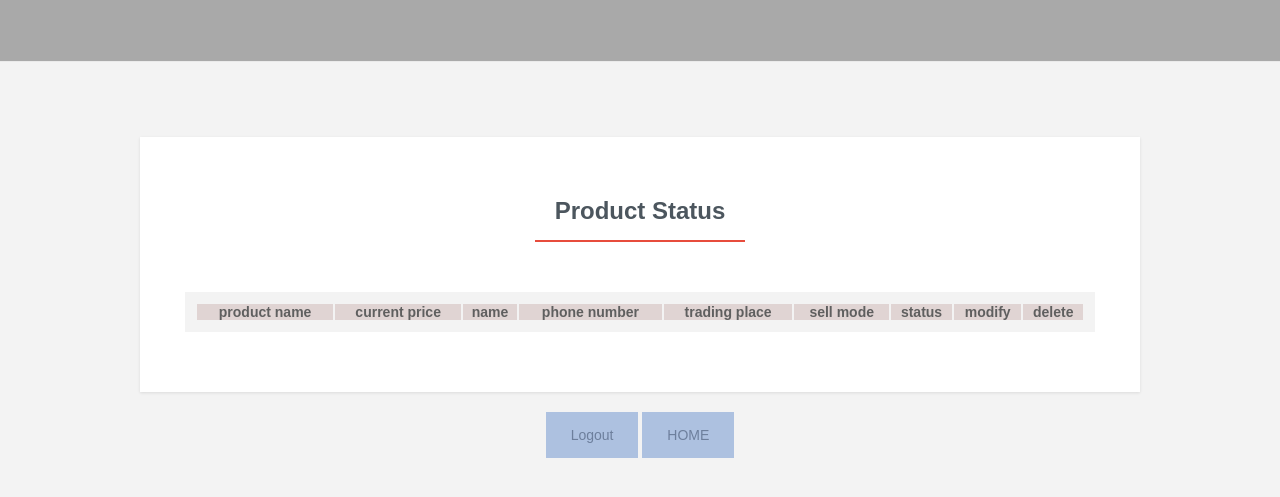
Repository: 0suh/SKKU_Web_project
Page: http://localhost/2018312257_YoungSuhChin_project/productstatus.jsp
The author's editor kept a copy of each file at every save. The page is drawn from the files as they stood at one save, then again after the next save.
The browser window is 1280 px wide. The pictures show the whole page.
The page is served by Tomcat 9. Queries for data that is not in the repository find no rows.

Above is the page before, as saved 2020-12-21 14:13:43.

After the next save:
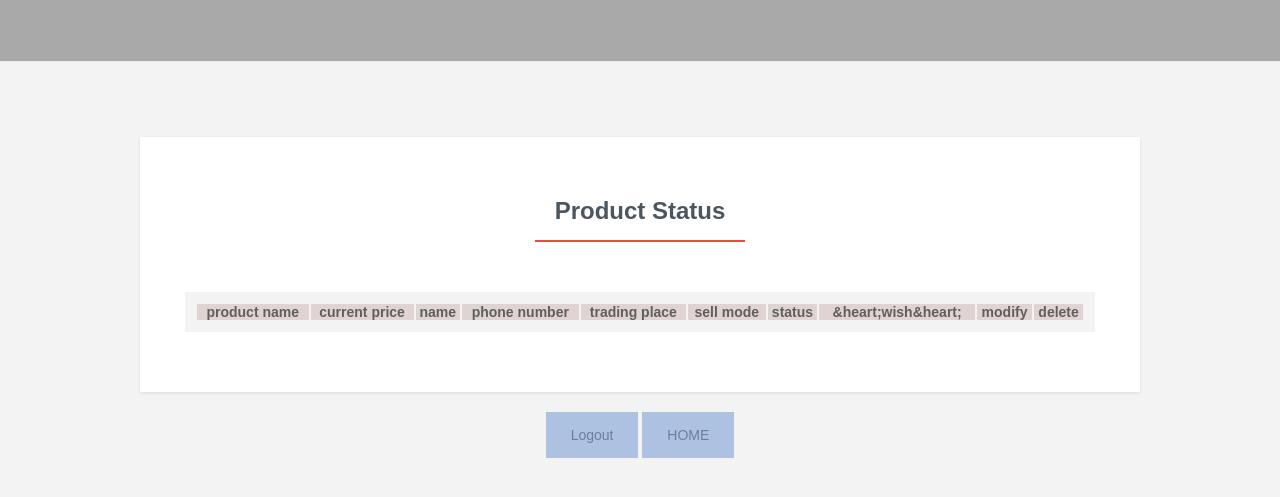
Saved 2 min 31 s later.
--- a/FinalProject/2018312257_YoungSuhChin_project/WebContent/productstatus.jsp
+++ b/FinalProject/2018312257_YoungSuhChin_project/WebContent/productstatus.jsp
@@ -51,6 +51,7 @@ try
    <td>trading place</td> <!-- table for trading place -->
    <td>sell mode</td> <!-- table for sell mode -->
    <td>status</td><!-- table for status -->
+   <td>&heart;wish&heart;</td> <!-- table for the number of wish -->
    <td>modify</td> <!-- table for modify -->
    <td>delete</td> <!-- table for delete -->
    </tr>
@@ -66,6 +67,7 @@ try
 	   <td><%=rs.getString("tradingplace") %></td> <!-- get trading place -->
 	   <td><%=rs.getString("sellmode") %></td> <!-- get sellmode -->
 	   <td><%=rs.getString("status") %></td> <!-- get status -->
+	   <td><%=rs.getString("wish") %></td> <!-- get the number of wish -->
 	   <td><a href="modifyproduct.jsp?mod=<%=rs.getString("productname") %>" style="text-decoration: none; color:#6caee0">modify</a></td><!-- modify member -->
 	   <td><a href="deleteproduct.jsp?del=<%=rs.getString("productname") %>" style="text-decoration: none; color:#6caee0">delete</a></td><!-- delete member -->
      </tr>
